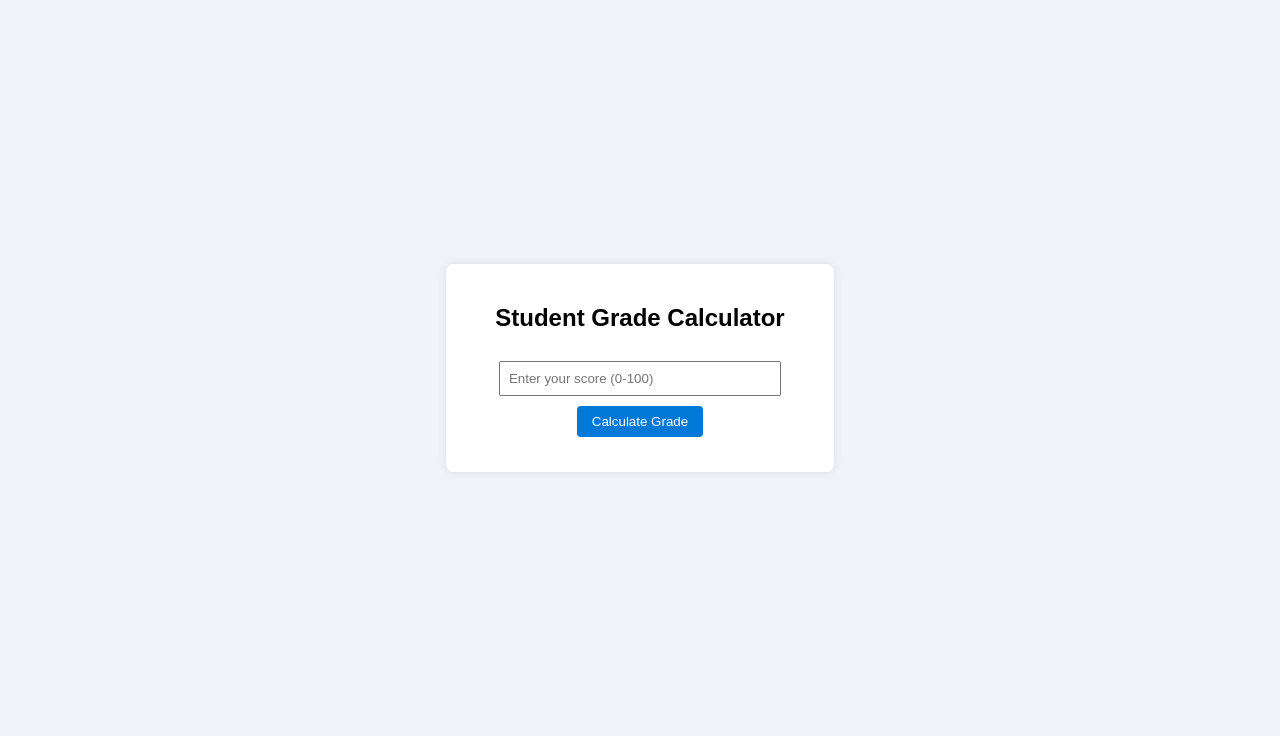
Repository: moshi704/web-dev-labs--group-1
Page: Week 5/Index.html
These files come from the project's save history. The page is drawn as it stood at one moment and after the next save; the edit follows.
The browser window is 1280 px wide. The pictures show the whole page.

Above is the page before, as saved 2026-06-23 17:27:47.

### Week 5/Index.html
<!DOCTYPE html>
<html lang="en">
<head>
  <meta charset="UTF-8">
  <meta name="viewport" content="width=device-width, initial-scale=1.0">
  <title>Student Grade Calculator</title>
  <link rel="stylesheet" href="style.css">
</head>
<body>

  <div class="container">
    <h2>Student Grade Calculator</h2>
    <input type="number" id="scoreInput" placeholder="Enter your score (0-100)">
    <button id="calcBtn">Calculate Grade</button>
    <div id="results"></div>
  </div>
  <script src="script.js"></script>
</body>
</html>

### Week 5/style.css
body {
  font-family: Arial, sans-serif;
  background-color: #f0f4f8;
  display: flex;
  justify-content: center;
  align-items: center;
  height: 100vh;
}

.container {
  background: #fff;
  padding: 20px 30px;
  border-radius: 8px;
  box-shadow: 0 0 10px rgba(0,0,0,0.1);
  text-align: center;
}

input {
  padding: 8px;
  margin: 10px 0;
  width: 80%;
}

button {
  padding: 8px 15px;
  background-color: #0078d7;
  color: white;
  border: none;
  border-radius: 4px;
  cursor: pointer;
}

button:hover {
  background-color: #005fa3;
}

#results {
  margin-top: 15px;
  font-weight: bold;
}

### Week 5/script.js
document.getElementById("calcBtn").addEventListener("click", function() {
  const scoreInput = document.getElementById("scoreInput");
  const results = document.getElementById("results");
  const score = Number(scoreInput.value);

  // Input validation
  if (isNaN(score) || score < 0 || score > 100) {
    results.textContent = " Please enter a valid score between 0 and 100.";
    results.style.color = "red";
    return;
  }

  // Grade calculation
  let grade;
  if (score >= 70) grade = "A";
  else if (score >= 60) grade = "B";
  else if (score >= 50) grade = "C";
  else if (score >= 40) grade = "D";
  else grade = "F";

  // Display result
  results.textContent = `Score: ${score} → Grade: ${grade}`;
  results.style.color = grade === "A" ? "green" : grade === "F" ? "red" : "black";

  // Reset input
  scoreInput.value = "";
});

After the next save:
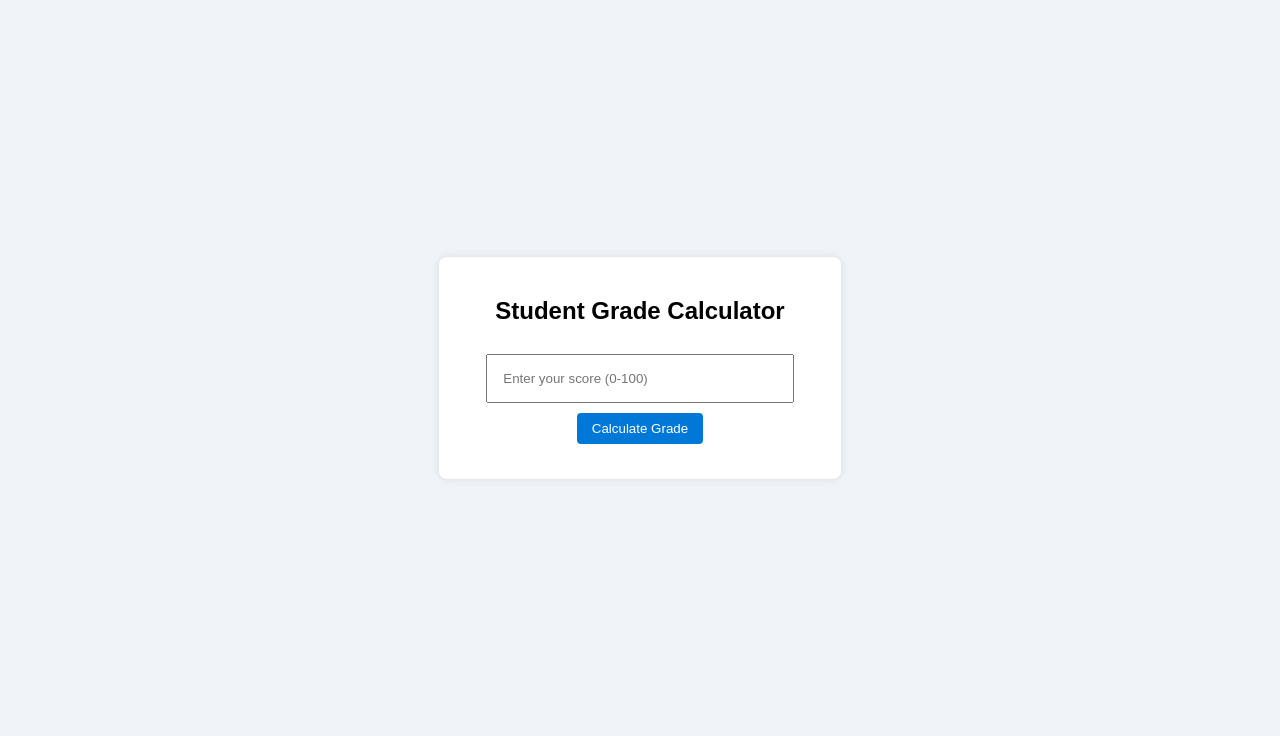
Saved 43 s later.
--- a/Week 5/style.css
+++ b/Week 5/style.css
@@ -16,7 +16,7 @@ body {
 }
 
 input {
-  padding: 8px;
+  padding: 15px;
   margin: 10px 0;
   width: 80%;
 }
